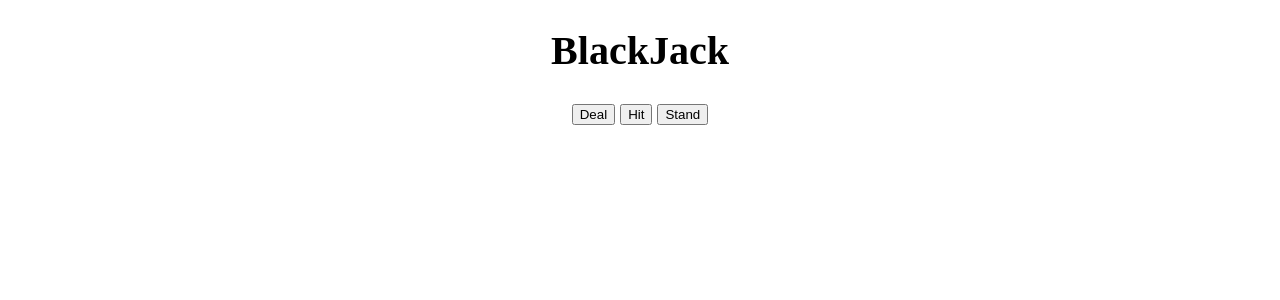
Repository: oldens/blackjack
Page: index.html
These files come from the project's save history. The page is drawn as it stood at one moment and after the next save; the edit follows.
The browser window is 1280 px wide. The pictures show the whole page.

Above is the page before, as saved 2025-02-01 14:24:55.

### index.html
<!DOCTYPE html>
<html lang="en">
  <head>
    <meta charset="UTF-8" />
    <meta name="viewport" content="width=device-width, initial-scale=1.0" />
    <title>BlackJack</title>
    <link rel="stylesheet" href="./style.css" />
  </head>
  <body>
    <h1>BlackJack</h1>
    <div class="buttons">
      <button id="deal">Deal</button>
      <button id="hit">Hit</button>
      <button id="stand">Stand</button>
    </div>

    <script type="module" src="./app.js"></script>
  </body>
</html>

### style.css
body {
  display: flex;
  flex-direction: column;
  align-items: center;
  /* justify-content: center; */
  font-size: 20px;
  min-height: 100vh;
  margin: 0;
}

.buttons_container {
  display: flex;
  flex-direction: row;
  justify-content: center;
  margin: 40px;
}

### app.js
import BlackJack from "./models/black-jack.js";

console.log("start gamble");

const game = new BlackJack();
game.startGame();


const dealBtn = document.getElementById("deal");
const hitBtn = document.getElementById("hit");
const standBtn = document.getElementById("stand");


dealBtn.addEventListener("click", () => {
  game.reset();
  game.startGame();
  console.log("Deal button clicked");
});

hitBtn.addEventListener("click", () => {
  if (typeof game.hit === "function") {
    game.hit();
    console.log("Hit button clicked");
  } else {
    console.warn("Hit method is not implemented in BlackJack.");
  }
});

standBtn.addEventListener("click", () => {
  if (typeof game.stand === "function") {
    game.stand();
    console.log("Stand button clicked");
  } else {
    console.warn("Stand method is not implemented in BlackJack.");
  }
});

### models/black-jack.js
import Deck from "./deck.js";
import Player from "./player.js";
import Card from "./card.js";

class BlackJack {
  constructor() {
    console.log("BlackJack constructor");
    this.deck = new Deck("./models/cards54.json");
    this.dealer = new Player("Dealer");
    this.player = new Player("Player");
    document.body.appendChild(this.player.handContainer);
    document.body.appendChild(this.dealer.handContainer);
    this.isFinished = false;
  }

  startGame() {
    this.deck.shuffle();
  }

  hit() {
    if (this.isFinished) {
      return this.showPleaseReset();
    }
    this.player.addCard(this.deck.drawCard());
    console.log("Player Score:", this.player.score);
    if (this.player.score >= 21) {
      this.stand();
    }
  }

  stand() {
    if (this.isFinished) {
      return this.showPleaseReset();
    }
    console.log("Stand");
    while (this.dealer.score < 17) {
      this.dealer.addCard(this.deck.drawCard());
    }
    this.finish();
  }

  finish() {
    const playerScore = this.player.score;
    const dealerScore = this.dealer.score;
    if (playerScore > 21) {
      console.log("Player busts");
    } else if (dealerScore > 21) {
      console.log("Dealer busts");
    } else if (playerScore > dealerScore) {
      console.log("Player wins");
    } else if (playerScore < dealerScore) {
      console.log("Dealer wins");
    } else {
      console.log("It's a tie");
    }
    this.isFinished = true;
  }

  reset() {
    this.deck = new Deck("./models/cards54.json");
    this.dealer.reset();
    this.player.reset();
    this.isFinished = false;
  }

  showPleaseReset() {
    alert("Please reset the game");
  }
}

export default BlackJack;

### models/deck.js
import Card from './card.js';

class Deck {
  constructor(jsonFile) {
    this.cards = [];
    // Load cards from JSON file if provided
    if (jsonFile) {
      fetch(jsonFile)
        .then((response) => response.json())
        .then((json) => this.importFromJSON(json))
        .catch((error) => console.error('Error loading deck:', error));
    }
  }

  importFromJSON(json) {
    this.cards = json.map((card) => new Card(
      card.value,
      card.suit,
      card.rank,
      `./cards_img/${card.file}`,
      ""
    ));
  }

  drawCard() {
    return this.cards.pop();
  }

  shuffle() {
    for (let i = this.cards.length - 1; i > 0; i--) {
      const j = Math.floor(Math.random() * (i + 1));
      [this.cards[i], this.cards[j]] = [this.cards[j], this.cards[i]];
    }
  }

}

export default Deck;

### models/player.js
class Player {
    constructor(name) {
        this.name = name;
        this.hand = [];
        this.score = 0;
        this.handContainer = this.createHandContainer();
        this.id='player'+Symbol().toString().slice(7);  // Generate a unique id
    }

    createHandContainer() {
        const handContainer = document.createElement("div");
        handContainer.classList.add("hand-container");
        handContainer.style.display = "flex";
        handContainer.style.flexDirection = "row";
        handContainer.id = this.id;
        return handContainer;
    }


    addCard(card) {
        this.hand.push(card);
        this.handContainer.appendChild(card.html);
        this.score += card.value;
        card.show();
    }

    reset() {
        this.hand = [];
        this.score = 0;
        this.handContainer.innerHTML = "";
    }


}

export default Player;

### models/card.js
const SUIT = {
  HEARTS: "HEARTS",
  DIAMONDS: "DIAMONDS",
  CLUBS: "CLUBS",
  SPADES: "SPADES",
};

class Card {
  constructor(value, suit, rank, link, style = "") {
    this.value = value;
    this.img = link;
    this.suit = suit;
    this.rank = rank;
    this.style = style;
    this.html = this.createCardsContainer();
  }

  get name() {
    return `${this.rank} of ${this.suit}`;
  }


  show() {
    this.html.style.display = "block";
  }

  hide() {
    this.html.style.display = "none";
  }

  createCardsContainer() {
    const cardContainer = document.createElement("div");
    cardContainer.classList.add("card-container");

    const imgElement = document.createElement("img");
    imgElement.src = this.img;
    imgElement.alt = this.name;
    imgElement.style.height = "250px";
    cardContainer.appendChild(imgElement);

    // Remove or conditionally set display:none if you don't want it hidden by default.
    // cardContainer.style.display = "none";

    return cardContainer;
  }
}

export default Card;

### models/cards54.json
[
    { "value": 11, "rank": "Ace", "suit": "Clubs", "file": "Clubs 1.png" },
    { "value": 2, "rank": "2", "suit": "Clubs", "file": "Clubs 2.png" },
    { "value": 3, "rank": "3", "suit": "Clubs", "file": "Clubs 3.png" },
    { "value": 4, "rank": "4", "suit": "Clubs", "file": "Clubs 4.png" },
    { "value": 5, "rank": "5", "suit": "Clubs", "file": "Clubs 5.png" },
    { "value": 6, "rank": "6", "suit": "Clubs", "file": "Clubs 6.png" },
    { "value": 7, "rank": "7", "suit": "Clubs", "file": "Clubs 7.png" },
    { "value": 8, "rank": "8", "suit": "Clubs", "file": "Clubs 8.png" },
    { "value": 9, "rank": "9", "suit": "Clubs", "file": "Clubs 9.png" },
    { "value": 10, "rank": "10", "suit": "Clubs", "file": "Clubs 10.png" },
    { "value": 10, "rank": "Jack", "suit": "Clubs", "file": "Clubs 11.png" },
    { "value": 10, "rank": "Queen", "suit": "Clubs", "file": "Clubs 12.png" },
    { "value": 10, "rank": "King", "suit": "Clubs", "file": "Clubs 13.png" },

    { "value": 11, "rank": "Ace", "suit": "Diamonds", "file": "Diamonds 1.png" },
    { "value": 2, "rank": "2", "suit": "Diamonds", "file": "Diamonds 2.png" },
    { "value": 3, "rank": "3", "suit": "Diamonds", "file": "Diamonds 3.png" },
    { "value": 4, "rank": "4", "suit": "Diamonds", "file": "Diamonds 4.png" },
    { "value": 5, "rank": "5", "suit": "Diamonds", "file": "Diamonds 5.png" },
    { "value": 6, "rank": "6", "suit": "Diamonds", "file": "Diamonds 6.png" },
    { "value": 7, "rank": "7", "suit": "Diamonds", "file": "Diamonds 7.png" },
    { "value": 8, "rank": "8", "suit": "Diamonds", "file": "Diamonds 8.png" },
    { "value": 9, "rank": "9", "suit": "Diamonds", "file": "Diamonds 9.png" },
    { "value": 10, "rank": "10", "suit": "Diamonds", "file": "Diamonds 10.png" },
    { "value": 10, "rank": "Jack", "suit": "Diamonds", "file": "Diamonds 11.png" },
    { "value": 10, "rank": "Queen", "suit": "Diamonds", "file": "Diamonds 12.png" },
    { "value": 10, "rank": "King", "suit": "Diamonds", "file": "Diamonds 13.png" },

    { "value": 11, "rank": "Ace", "suit": "Hearts", "file": "Hearts 1.png" },
    { "value": 2, "rank": "2", "suit": "Hearts", "file": "Hearts 2.png" },
    { "value": 3, "rank": "3", "suit": "Hearts", "file": "Hearts 3.png" },
    { "value": 4, "rank": "4", "suit": "Hearts", "file": "Hearts 4.png" },
    { "value": 5, "rank": "5", "suit": "Hearts", "file": "Hearts 5.png" },
    { "value": 6, "rank": "6", "suit": "Hearts", "file": "Hearts 6.png" },
    { "value": 7, "rank": "7", "suit": "Hearts", "file": "Hearts 7.png" },
    { "value": 8, "rank": "8", "suit": "Hearts", "file": "Hearts 8.png" },
    { "value": 9, "rank": "9", "suit": "Hearts", "file": "Hearts 9.png" },
    { "value": 10, "rank": "10", "suit": "Hearts", "file": "Hearts 10.png" },
    { "value": 10, "rank": "Jack", "suit": "Hearts", "file": "Hearts 11.png" },
    { "value": 10, "rank": "Queen", "suit": "Hearts", "file": "Hearts 12.png" },
    { "value": 10, "rank": "King", "suit": "Hearts", "file": "Hearts 13.png" },

    { "value": 11, "rank": "Ace", "suit": "Spades", "file": "Spades 1.png" },
    { "value": 2, "rank": "2", "suit": "Spades", "file": "Spades 2.png" },
    { "value": 3, "rank": "3", "suit": "Spades", "file": "Spades 3.png" },
    { "value": 4, "rank": "4", "suit": "Spades", "file": "Spades 4.png" },
    { "value": 5, "rank": "5", "suit": "Spades", "file": "Spades 5.png" },
    { "value": 6, "rank": "6", "suit": "Spades", "file": "Spades 6.png" },
    { "value": 7, "rank": "7", "suit": "Spades", "file": "Spades 7.png" },
    { "value": 8, "rank": "8", "suit": "Spades", "file": "Spades 8.png" },
    { "value": 9, "rank": "9", "suit": "Spades", "file": "Spades 9.png" },
    { "value": 10, "rank": "10", "suit": "Spades", "file": "Spades 10.png" },
    { "value": 10, "rank": "Jack", "suit": "Spades", "file": "Spades 11.png" },
    { "value": 10, "rank": "Queen", "suit": "Spades", "file": "Spades 12.png" },
    { "value": 10, "rank": "King", "suit": "Spades", "file": "Spades 13.png" }
  ]

After the next save:
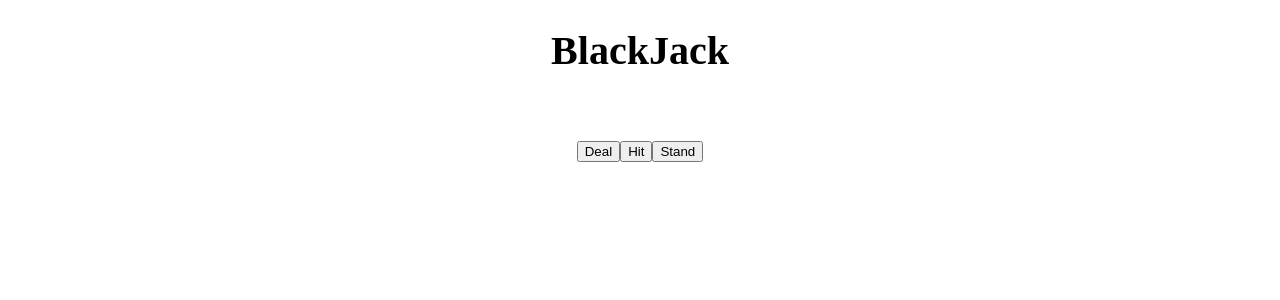
Saved 2 s later.
--- a/index.html
+++ b/index.html
@@ -8,7 +8,7 @@
   </head>
   <body>
     <h1>BlackJack</h1>
-    <div class="buttons">
+    <div class="buttons_container">
       <button id="deal">Deal</button>
       <button id="hit">Hit</button>
       <button id="stand">Stand</button>
